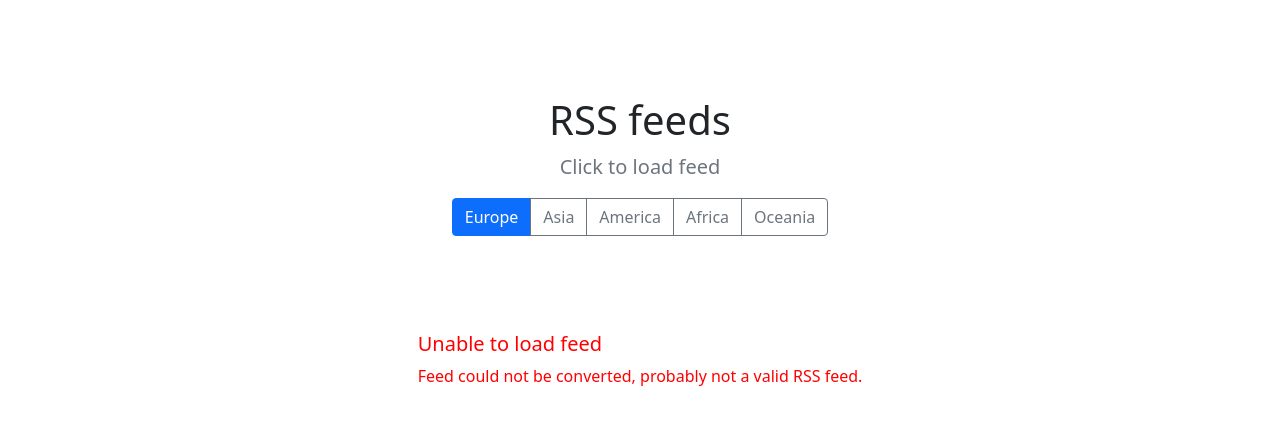
Repository: lilit1121/Templating-DOM-manipulation-and-data-processing
Page: americas.html
The author's editor kept a copy of each file at every save. The page is drawn from the files as they stood at one save, then again after the next save.
The browser window is 1280 px wide. The pictures show the whole page.
The page's requests for data from a server got no answer.

Above is the page before, as saved 2023-02-09 16:12:25.

### americas.html
<!DOCTYPE html>
<html lang="en">
   <head>
    <meta charset="UTF-8" />
    <meta http-equiv="X-UA-Compatible" content="IE=edge" />
    <meta name="viewport" content="width=device-width, initial-scale=1.0" />
    <link rel="stylesheet" href="styles.css" />
    <link
      href="https://cdn.jsdelivr.net/npm/bootstrap@5.0.2/dist/css/bootstrap.min.css"
      rel="stylesheet"
      integrity="sha384-EVSTQN3/azprG1Anm3QDgpJLIm9Nao0Yz1ztcQTwFspd3yD65VohhpuuCOmLASjC"
      crossorigin="anonymous"
    />
    <script
      src="https://cdn.jsdelivr.net/npm/bootstrap@5.0.2/dist/js/bootstrap.bundle.min.js"
      integrity="sha384-MrcW6ZMFYlzcLA8Nl+NtUVF0sA7MsXsP1UyJoMp4YLEuNSfAP+JcXn/tWtIaxVXM"
      crossorigin="anonymous"
    ></script>
    <title>Templating, DOM manipulation and data processing</title>
  </head>
  <body>
    <section class="py-5 text-center container">
      <div class="row py-lg-5">
        <div class="col-lg-6 col-md-8 mx-auto">
          <h1 class="fw-light">RSS feeds</h1>
          <p class="lead text-muted">Click to load feed</p>
          <div class="btn-group">
            <a href="./europe.html#" class="btn btn-primary">Europe</a>
            <a href="./asia.html#" class="btn btn-outline-secondary">Asia</a>
            <a href="./americas.html#" class="btn btn-outline-secondary"
              >America</a
            >
            <a href="./africa.html#" class="btn btn-outline-secondary"
              >Africa</a
            >
            <a href="./oceania.html#" class="btn btn-outline-secondary"
              >Oceania</a
            >
          </div>
        </div>
      </div>
    </section>


    <!-- Loading state UI -->
    <div id="loadding" class="visually-hidden">
      <svg
      xmlns="http://www.w3.org/2000/svg"
      xmlns:xlink="http://www.w3.org/1999/xlink"
      style="margin: auto; background: #fff; display: block"
      width="200px"
      height="200px"
      viewBox="0 0 100 100"
      preserveAspectRatio="xMidYMid"
    >
      <circle
        cx="50"
        cy="50"
        r="32"
        stroke-width="8"
        stroke="#416cff"
        stroke-dasharray="50.26548245743669 50.26548245743669"
        fill="none"
        stroke-linecap="round"
      >
        <animateTransform
          attributeName="transform"
          type="rotate"
          repeatCount="indefinite"
          dur="1s"
          keyTimes="0;1"
          values="0 50 50;360 50 50"
        ></animateTransform>
      </circle>
    </svg>
  </div>

    <!-- Error state UI -->
    <div id="error">
      <div>
      <h5>Unable to load feed</h5>
      <!-- Show error message, if applicable -->
      Feed could not be converted, probably not a valid RSS feed.<br />
    </div>
  </div>
    <!-- Pagination -->
    <div  id="main_container" class="container">
    <section class="py-5 text-center container">
      <div class="row py-lg-5">
        <nav>
          <ul class="pagination">
            <li class="page-item disabled">
              <a class="page-link">Previous</a>
            </li>
            <li class="page-item active">
              <a class="page-link" href="#">1</a>
            </li>
            <li class="page-item">
              <a class="page-link" href="#">2</a>
            </li>
            <li class="page-item"><a class="page-link" href="#">3</a></li>
            <li class="page-item">
              <a class="page-link" href="#">Next</a>
            </li>
          </ul>
        </nav>
      </div>
    </section>

      <!-- Feed (Show no more than 5 posts per page) -->
      <div
       id="content_section"
        class="row row-cols-1 row-cols-sm-2 row-cols-md-3 g-3"
      ></div>


    <!-- Pagination -->
    <section class="py-5 text-center container">
      <div class="row py-lg-5">
        <nav>
          <ul class="pagination">
            <li class="page-item disabled">
              <a class="page-link">Previous</a>
            </li>
            <li class="page-item active">
              <a class="page-link" href="#">1</a>
            </li>
            <li class="page-item">
              <a class="page-link" href="#">2</a>
            </li>
            <li class="page-item"><a class="page-link" href="#">3</a></li>
            <li class="page-item">
              <a class="page-link" href="#">Next</a>
            </li>
          </ul>
        </nav>
      </div>
    </div>
    </section>
    <script src="./script.js"></script>
  </body>
</html>

### styles.css

.card-text {
    display: -webkit-box;
    -webkit-box-orient: vertical;
    -webkit-line-clamp: 4;
    overflow: hidden;
  }
#error{
  display: none;
  justify-content: center;
  color: red;
}

### script.js
const main_container = document.getElementById("main_container");
const content_section = document.getElementById("content_section");
const page_item = document.querySelectorAll(".page-item");
const loadding = document.getElementById("loadding");
const error = document.getElementById("error");
let countriesData;
let sliceStart = 0;
let currentPage = 1;



page_item.forEach((el) => {
  el.addEventListener("click", (event) => {
    changePage(event);
  });
});

function changePage(e) {
  if (e.target.innerText === "Next" && sliceStart < 10) {
    sliceStart += 5;
    currentPage = (sliceStart - 5) / 5 + 2;
  } else if (e.target.innerText === "Previous" && sliceStart > 0) {
    sliceStart -= 5;
    currentPage = (sliceStart + 5) / 5;
  } else if (
    e.target.innerText === "1" ||
    e.target.innerText === "2" ||
    e.target.innerText === "3"
  ) {
    currentPage = +e.target.innerText;
    sliceStart = (+e.target.innerText - 1) * 5;
  }
  page_item.forEach((el) => {
    el.classList.remove("active");
    el.classList.remove("disabled");
    if (currentPage === +el.innerText) el.classList.add("active");
    else if (currentPage === 1 && el.innerText === "Previous")
      el.classList.add("disabled");
    else if (currentPage === 3 && el.innerText === "Next")
      el.classList.add("disabled");
  });
  showCountrys(countriesData, sliceStart);
}

function showCountrys(countriesData, sliceStart) {
  let countrys = countriesData.slice(sliceStart, sliceStart + 5);
  content_section.innerHTML = "";
  for (let i = 0; i < countrys.length; i++) {
    content_section.innerHTML += `<div id="content_section" class="col">
    <div class="card shadow-sm">
      <img src=${countrys[i].flags.png} />
      <div class="card-body">
        <h4>
          Country: ${countrys[i].name.official}
        </h4>
        <h5>
          Country: ${countrys[i].capital ? countrys[i].capital[0] : undefined}
        </h5>
        <p class="card-text">
          <small
            >Population: ${countrys[i].population}</small
          >
        </p>
        <p><a href="#">Read more &rarr;</a></p>
        <div class="d-flex justify-content-between align-items-center">
          <!-- Format date appropriately as per browser/device region format -->
          <small class="text-muted">Dec 10, 2021</small>
        </div>
      </div>
    </div>
    </div>  `;
  }
}

(async function getCountriesDataByRegion() {
  loadding.style.display = "contents";
  main_container.style.display = "none";
  await fetch(
    `https://restcountries.com/v3.1/region/${
      window.location.pathname.slice(1).split(".")[0]
    }`
  )
    .then((res) => res.json())
    .then((data) => {
      countriesData = data.slice(0, 15);
      showCountrys(countriesData, sliceStart);
      main_container.style.display = "block";
    })
    .catch(() => (error.style.display = "flex"));

  loadding.style.display = "none";
})();

After the next save:
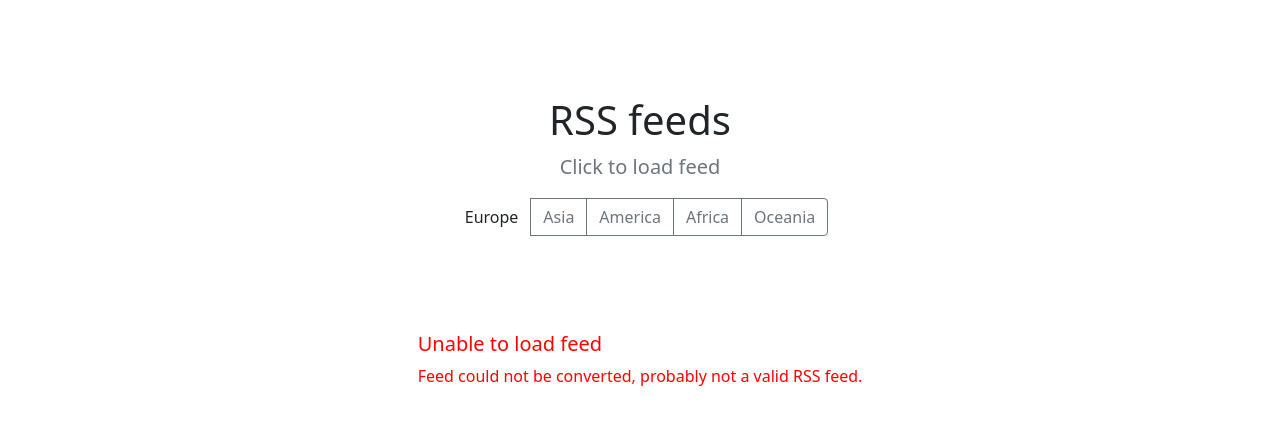
Saved 46 s later.
--- a/americas.html
+++ b/americas.html
@@ -25,7 +25,7 @@
           <h1 class="fw-light">RSS feeds</h1>
           <p class="lead text-muted">Click to load feed</p>
           <div class="btn-group">
-            <a href="./europe.html#" class="btn btn-primary">Europe</a>
+            <a href="./europe.html#" class="btn ">Europe</a>
             <a href="./asia.html#" class="btn btn-outline-secondary">Asia</a>
             <a href="./americas.html#" class="btn btn-outline-secondary"
               >America</a
